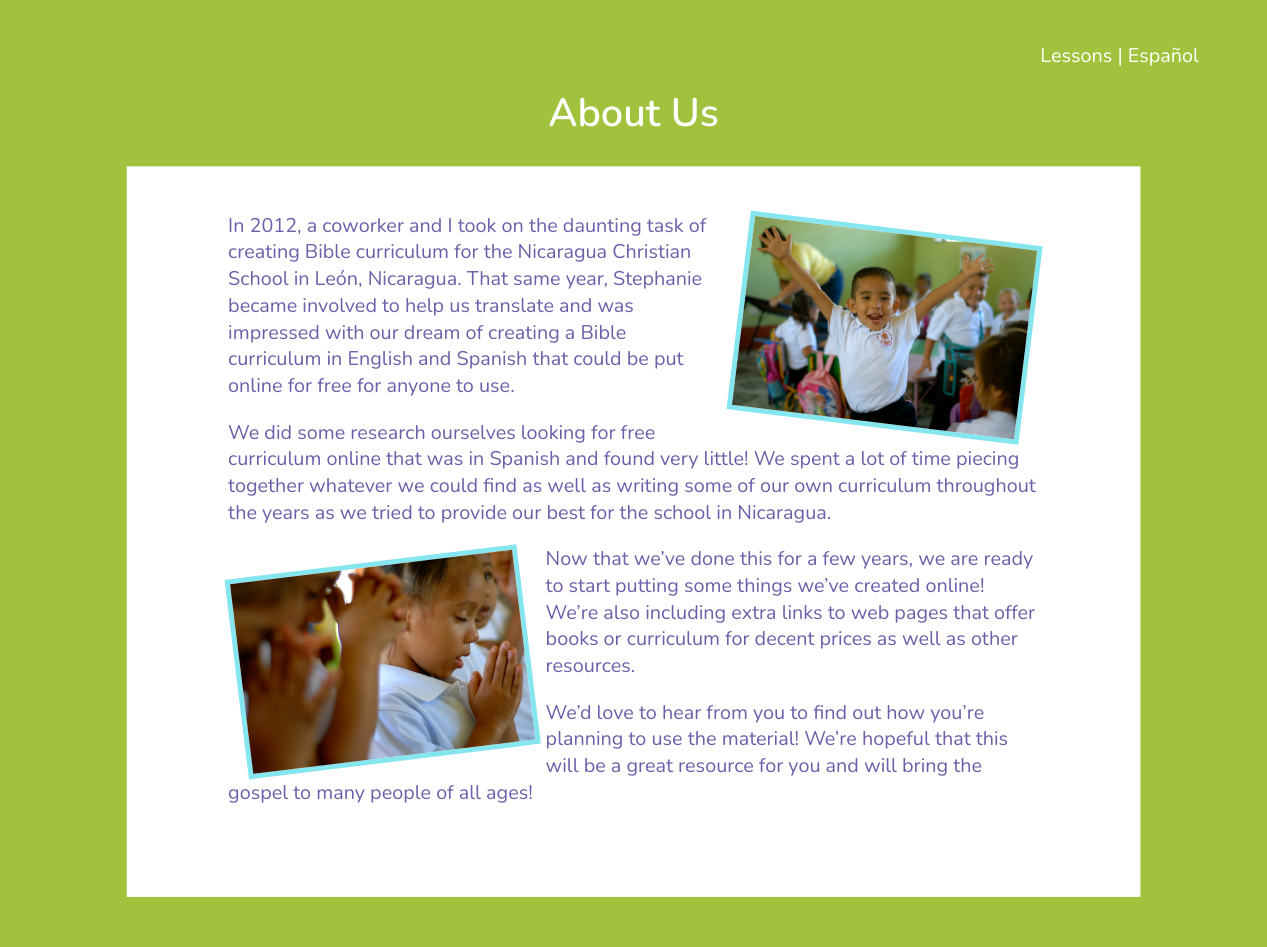
Repository: maliya241/Two-Languages-One-Message
Page: about.html
The author's editor kept a record of every edit. The page is drawn from the files as they stood at one moment, then again after the next edit.
The browser window is 1280 px wide. The pictures show the whole page, at 99% of full size.

Above is the page before.

### about.html
<!DOCTYPE html>
  <html>
    <head>
      <meta charset="utf-8">
      <title>Lessons &#124; Two Languages - One Message</title>
      <link rel="stylesheet" href="css/normalize.css">
      <link href="https://fonts.googleapis.com/css?family=Nunito:400,600" rel="stylesheet">
      <link rel="stylesheet" href="css/main.css">
      <link rel="stylesheet" href="css/responsive.css">
      <meta name="viewport" content="width=device-width, initial-scale=1.0">
      <link rel="icon" href="img/favicon.icon" type="image/x-icon">
      <meta name="description" content="Free Bible lessons in English and Spanish for all ages! We strive to provide fun, creative, and spiritually enriching Bible lessons for any English or Spanish speaker. We know that it is difficult to find free resources for Bible class, especially in Spanish! We are providing lessons for preschool age all the way up through adults in both languages that can be used in the school setting as well as Sunday school at church or in the home." />
      <meta name="keywords" content="Spanish, English, free, Bible, lessons, español, inglés" />
    </head>
    <body>
      <header>
        <nav>
          <a href="lessons.html">Lessons</a> &#124;
          <a href="sobre.html">Español</a>
        </nav>
        <br>
        <h1>About Us</h1>
      </header>
      <div class="wrapper">
        <div class="wrapperbackground">
          <div class="about1">
          <img id="kidsinclassroom" src="img/kidsinclassroom.jpg" alt="Kids in class at Nicaragua Christian School">
          <p class="aboutp">
            In 2012, a coworker and I took on the daunting task of creating Bible curriculum for the Nicaragua Christian School in León, Nicaragua. That same year, Stephanie became involved to help us translate and was impressed with our dream of creating a Bible curriculum in English and Spanish that could be put online for free for anyone to use.
            </p>
            <p class="aboutp">
            We did some research ourselves looking for free curriculum online that was in Spanish and found very little! We spent a lot of time piecing together whatever we could find as well as writing some of our own curriculum throughout the years as we tried to provide our best for the school in Nicaragua.
          </p>
          </div>
          <div class="about2">
            <img id="kidspraying" src="img/kidspraying.jpg" alt="Kids praying">
            <p class="aboutp">
              Now that we’ve done this for a few years, we are ready to start putting some things we’ve created online! We’re also including extra links to web pages that offer books or curriculum for decent prices as well as other resources.
            </p>
            <p class="aboutp">
              We’d love to hear from you to find out how you’re planning to use the material! We’re hopeful that this will be a great resource for you and will bring the gospel to many people of all ages!
            </p>
          </div>
          <p>
            Judy & Stephanie
            <a href="mailto:stephanie.michelle2452@gmail.com">stephanie.michelle2452@gmail.com</a>
            <a href="mailto:Judy.bentley@jcseagles.org">Judy.bentley@jcseagles.org</a>
          </p>
        </div>
      </div>
    </body>
  </html>

### css/main.css
  *, button{
    font-family: 'Nunito', sans-serif;
  }

  .wrapper {
    max-width: 100%;
    margin: 0 auto;
    padding: 0 10%;
  }

  a {
    text-decoration: none;
    color: #FFF;
  }

  a:hover {
    text-decoration: underline;
  }

  h1, p {
    color: #FFF;
  }

  h1 {
    font-size: 2.5em;
    /*color: #A0C23D;*/
    text-align: center;
  }

  h2 {
    font-size: 1.75em;
    font-weight: bold;
    color: #705EAA;
  }

  p, nav {
    font-size: 1.25em;
  }

  li {
    list-style: none;
    width: 100%;
  }

  img {
    width: 100%;
  }

  header img {
    width: 50%;
    clear: both;
    display: block;
    margin-left: auto;
    margin-right: auto;
  }

/**********
Index Page
**********/
  .espanol h2, .english h2 {
    font-size: 1.75em;
    font-weight: bold;
    color: #FFF;
  }

  .outer-left {
    display: table;
    position: absolute;
    height: 50%;
    width: 90%;
    padding: 5%;
    top: 0;
    left: 0;
    background-color: #705EAA;
  }

  .outer-right {
    display: table;
    position: absolute;
    height: 50%;
    width: 90%;
    padding: 5%;
    bottom: 0;
    right: 0;
    background-color: #A0C23D;
    color: #FFF;
  }

  .middle {
    display: table-cell;
    vertical-align: middle;
  }

  .inner, .english, .espanol {
    margin-left: auto;
    margin-right: auto;
    text-align: center;
  }

  .indexbutton {
    background-color: #F68E1C;
    border: 2px solid #FFF;
    border-radius: 12px;
    color: #FFF;
    padding: 15px 32px;
    text-align: center;
    text-decoration: none;
    display: inline-block;
    font-size: 16px;
    margin: 4px 2px;
    cursor: pointer;
    -webkit-transition-duration: 0.4s; /* Safari */
    transition-duration: 0.4s;
  }

  .indexbutton:hover {
    background-color: #FFF;
    color: #F68E1C;
    border-color: #F68E1C;
  }

/**********
Web Pages
**********/
  nav {
    position: relative;
    float: right;
    margin: 5px 5px 0 0;
    font-family: 'Nunito', sans-serif;
    color: #fff;
  }

  body {
    background-color: #A0C23D;
    /*background-image: url("../img/LightBiblesBackground.png");*/
  }

  header {
    padding: 3% 5% 0 5%;
  }

  .otherresources {
    text-align: left;
    background-color: #F68E1C;
    padding: 2.5%;
  }

  .websitedescription {
    background-color: #F68E1C;
    padding: 2.5%;
    margin: 5px 0;
  }

  .wrapperbackground {
    background-color: #FFF;
    padding: 2.5% 10%;
    margin-bottom: 5%;
  }

  .lessonbutton {
    background-color: #705EAA;
    border: none;
    color: #86E6EF;
    width: 100%;
    padding: 15px 32px;
    margin-bottom: 5px;
    text-align: left;
    text-decoration: none;
    display: inline-block;
    font-size: 1.25em;
    cursor: pointer;
    -webkit-transition-duration: 0.4s; /* Safari */
    transition-duration: 0.4s;
  }

  .lessonbutton:hover {
    background-color: #86E6EF;
    color: #705EAA;
  }

/*Lesson Dropdown*/

  .lessondropdown {
    margin: 0;
    padding: 0;
    list-style: none;
    display: none;
  }

  .lessondropdown li {
    float: left;
    width: 45%;
    margin: 1.25%;
    background-color: #86E6EF;
    border: 5px solid #86E6EF;
    color: #fff;
  }

  .lessondropdown .caption {
    text-align: center;
    margin: 0;
    padding: 1%;
    color: #FFF;
    font-size: 1.25em;
    font-weight: normal;
  }

  canvas {
    width: 100%;
  }

  div {
    clear: both;
  }

  .lessondropdown .lessondescriptionli {
    margin: 0 1.25%;
    width: 97.5%;
    display:inline-block;
    clear:right;
    border: none;
  }

  .lessondescription {
    padding: 0 0.5em;
    margin: 0.5em 0;
  }

  /*About Pages*/
  .aboutp {
    color: #705EAA;
  }

  #kidspraying, #kidsinclassroom {
    border: 5px solid #F68E1C;
  }

### css/responsive.css
@media screen and (max-width: 500px) {
  .lessondropdown li {
    float: left;
    width: 90%;
    margin: 1.75%;
    clear: both;
  }
}

@media screen and (min-width: 501px) {
  .lessondropdown li {
    float: left;
    width: 45%;
    margin: .5%;
  }

  .outer-left {
    display: table;
    position: absolute;
    height: 100%;
    width: 40%;
    padding: 5%;
    left: 0;
    background-color: #705EAA;
  }

  .outer-right {
    display: table;
    position: absolute;
    height: 100%;
    width: 40%;
    padding: 5%;
    right: 0;
    background-color: #A0C23D;
    color: #FFF;
  }

  .middle {
    display: table-cell;
    vertical-align: middle;
  }

  .inner, .english, .espanol {
    margin-left: auto;
    margin-right: auto;
    text-align: center;
  }
}

@media screen and (min-width: 700px) {
  .about1 p {
    word-wrap: break-word;
  }

  #kidsinclassroom {
    float: right;
    width: 35%;
    margin: 1em 0.5em 0.5em 1em;
    border: 5px solid #86E6EF;
    -ms-transform: rotate(7deg); /* IE 9 */
    -webkit-transform: rotate(7deg); /* Safari 3-8 */
    transform: rotate(7deg);
  }

  .about2 {
    word-wrap: break-word;
  }

  #kidspraying {
    float: left;
    width: 35%;
    margin: 1em 1em 0.5em 0.5em;
    border: 5px solid #86E6EF;
    -ms-transform: rotate(353deg); /* IE 9 */
    -webkit-transform: rotate(353deg); /* Safari 3-8 */
    transform: rotate(353deg);
  }
}


@media screen and (min-width: 800px) {
  .lessondropdown li {
    float: left;
    width: 20%;
    margin: 1.5%;
  }
}

@media screen and (min-width: 1060px) {
  .lessondropdown li {
    float: left;
    width: 20%;
    margin: 1.75%;
  }
}

Loaded but not shown: css/normalize.css (library)

After the next edit:
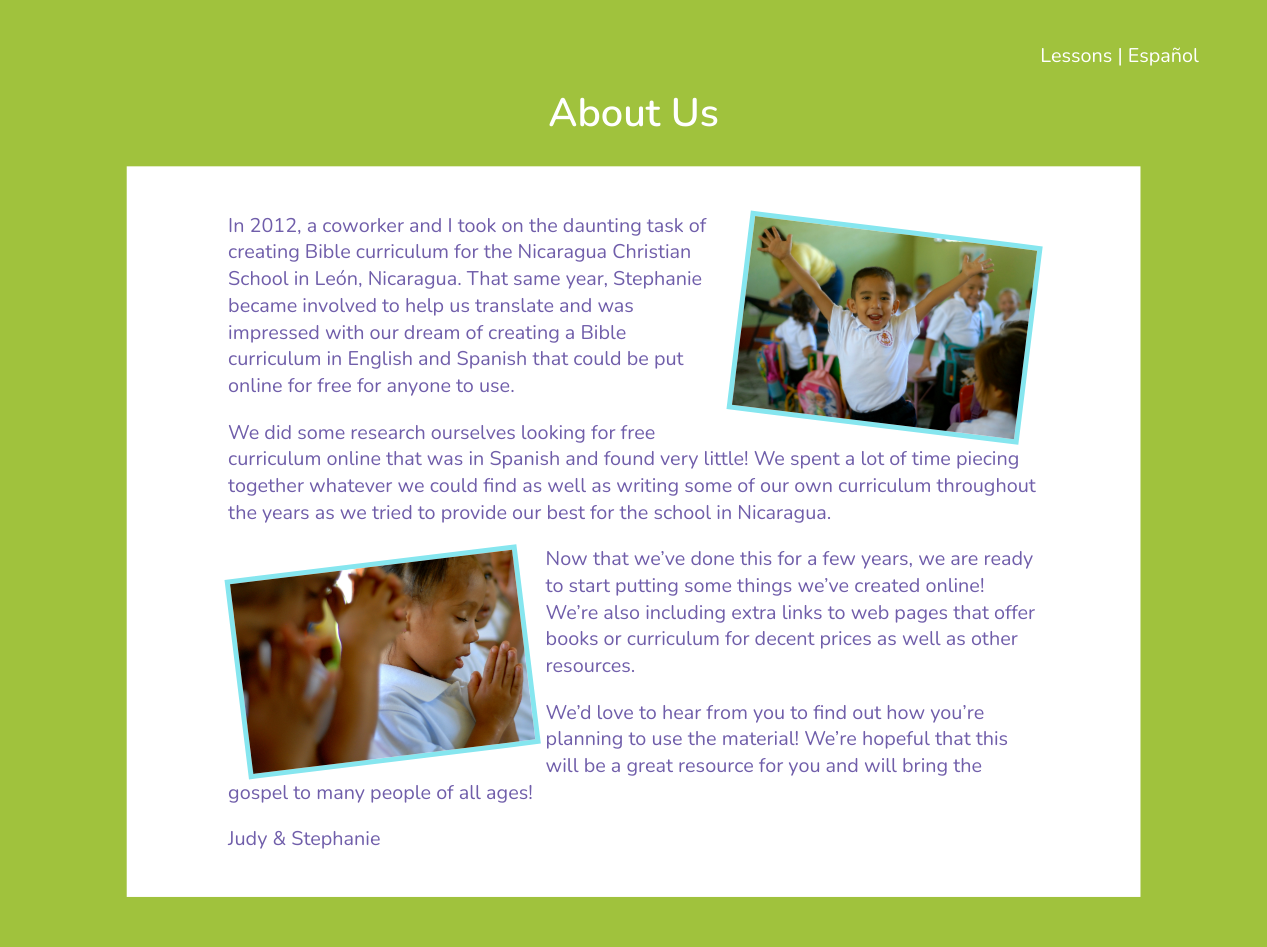
The edit:
--- a/about.html
+++ b/about.html
@@ -41,7 +41,7 @@
               We’d love to hear from you to find out how you’re planning to use the material! We’re hopeful that this will be a great resource for you and will bring the gospel to many people of all ages!
             </p>
           </div>
-          <p>
+          <p class="aboutp">
             Judy & Stephanie
             <a href="mailto:stephanie.michelle2452@gmail.com">stephanie.michelle2452@gmail.com</a>
             <a href="mailto:Judy.bentley@jcseagles.org">Judy.bentley@jcseagles.org</a>
